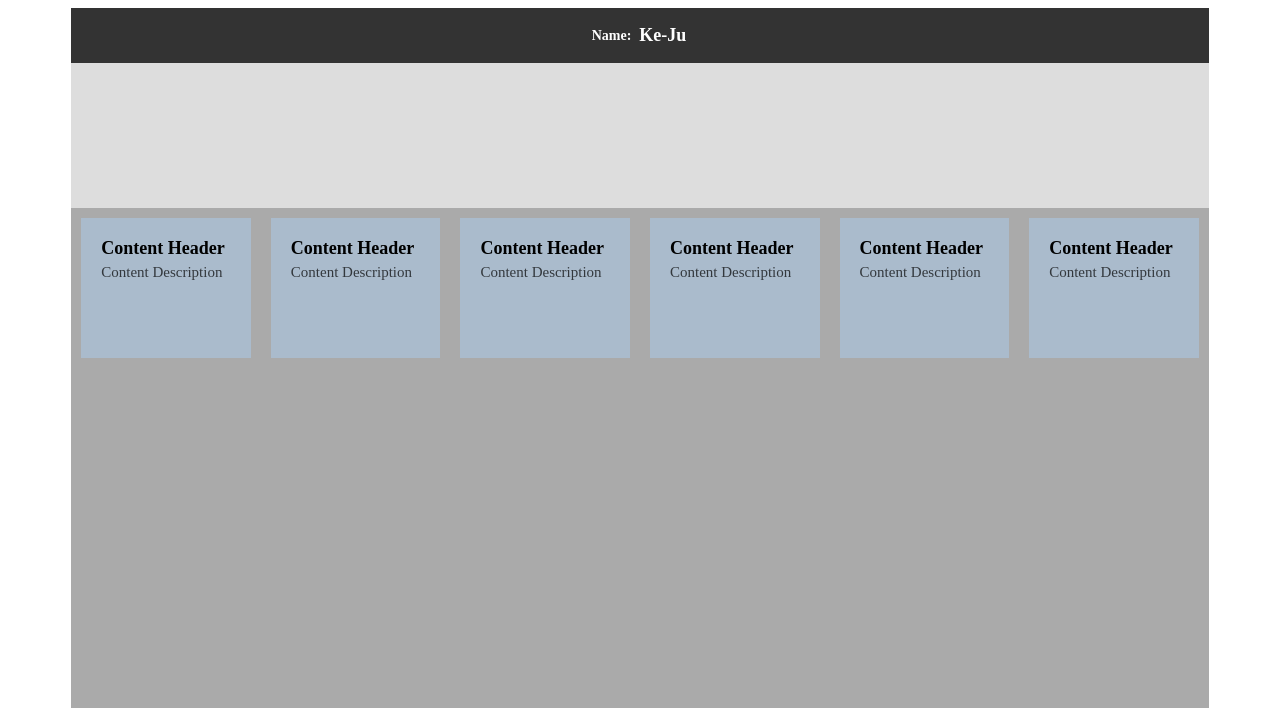
Repository: kerudai/mdiat3126nextapp
Page: /
An editor plug-in stored every save of this project. The page is shown before and after the next save, followed by the edit.
The browser window is 1280 px wide. The pictures show the whole page.
The project was rebuilt for these pictures with package versions that can differ from the ones it lists, and the page was loaded fresh each time. The framework's server and built-in components were replaced by stand-ins that run in the browser.

Above is the page before, as saved 2020-09-29 16:47:43.

After the next save:
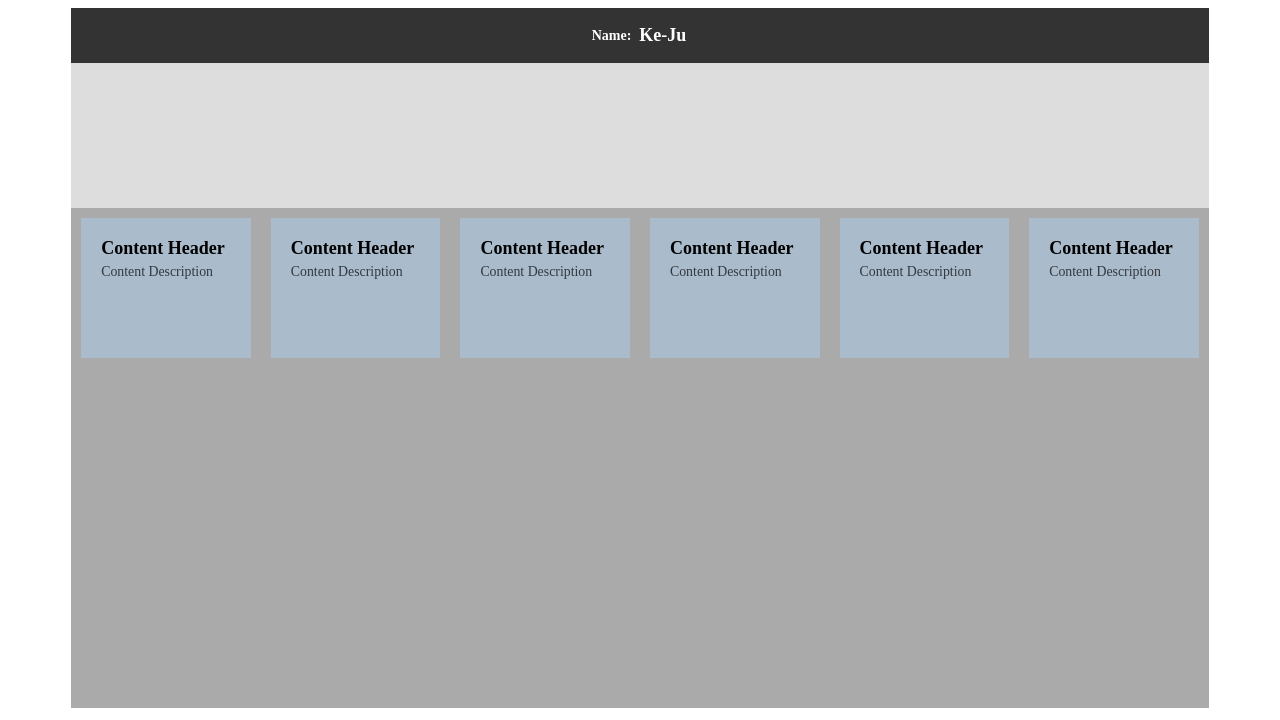
Saved 7 s later.
--- a/pages/index.scss
+++ b/pages/index.scss
@@ -28,7 +28,7 @@
             }
 
             & > div:nth-child(2) {
-                font-size: $fs/1.2;
+                font-size: $fs/1.3;
                 color: rgba(0,0,0,0.7);
             }
         }
